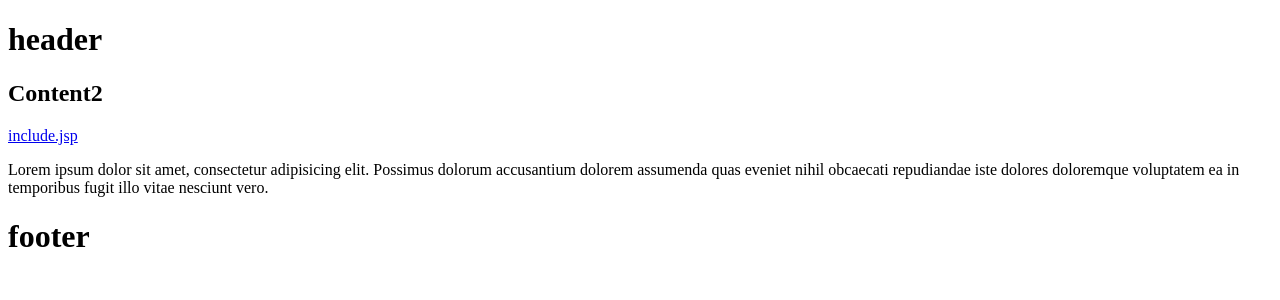
Repository: rlwi440/KH-Backend
Page: http://localhost/01_helloweb/jsp/another.jsp
The author's editor kept a copy of each file at every save. The page is drawn from the files as they stood at one save, then again after the next save.
The browser window is 1280 px wide. The pictures show the whole page.
The page is served by Tomcat 9.

Above is the page before, as saved 2021-03-24 12:39:36.

After the next save:
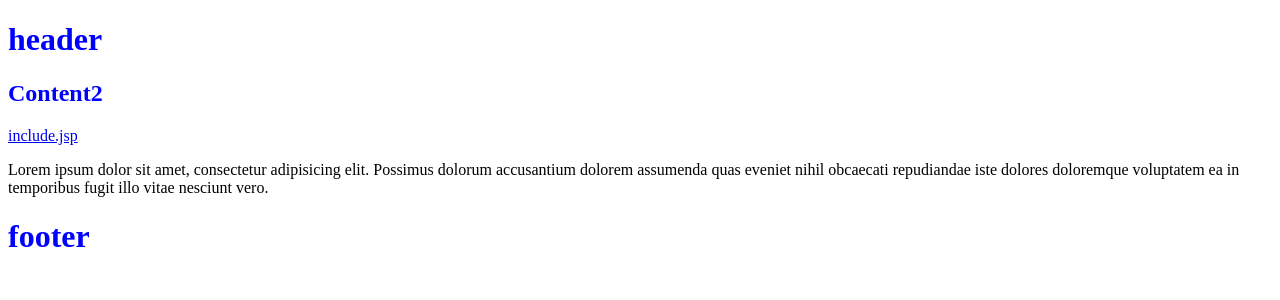
Saved 9 s later.
--- a/Web_server/web_server_Workspace/01_helloweb/WebContent/jsp/another.jsp
+++ b/Web_server/web_server_Workspace/01_helloweb/WebContent/jsp/another.jsp
@@ -14,7 +14,7 @@
 <title>Insert title here</title>
 <script>
 		$(function () {
-			$("h1").css("color","deepblue");
+			$("h1").css("color","blue");
 		});
 
 		</script>
